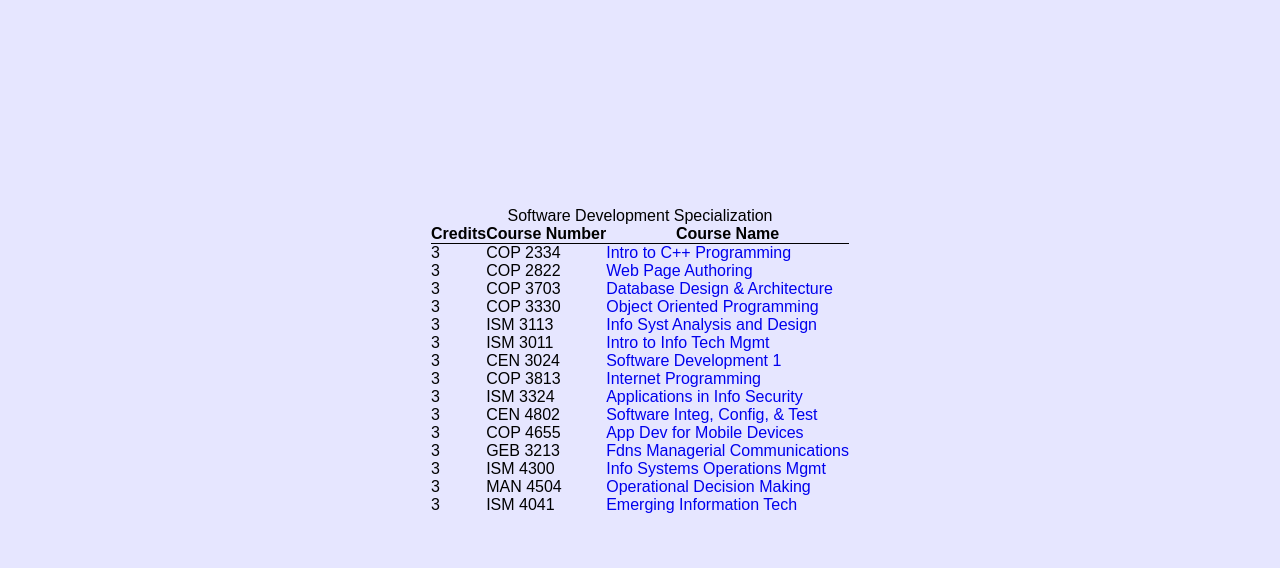
Repository: mlmEFSC21/P3-DegreeSpecializationTable
Page: index.html
The author's editor kept a copy of each file at every save. The page is drawn from the files as they stood at one save, then again after the next save.
The browser window is 1280 px wide. The pictures show the whole page.
Some web fonts or font styles are not loaded; a fallback is used.

Above is the page before, as saved 2022-02-01 21:03:50.

### index.html
<!DOCTYPE html>
<html lang="en">
    <head>
        <meta charset="UTF-8" />
        <meta http-equiv="X-UA-Compatible" content="IE=edge" />
        <meta name="viewport" content="width=device-width, initial-scale=1.0" />
        <link rel="stylesheet" href="tableStyles.css" />
        <title>Degree Specialization Table</title>
    </head>
    <body>
        <table>
            <caption class="tableTitle">
                Software Development Specialization
            </caption>
            <thead>
                <tr class="colTitles">
                    <th>Credits</th>
                    <th>Course Number</th>
                    <th>Course Name</th>
                </tr>
            </thead>
            <tr>
                <td>3</td>
                <td>COP 2334</td>
                <td>
                    <a
                        href="https://bannerweb.easternflorida.edu/prod/bwckctlg.p_disp_course_detail?cat_term_in=202210&subj_code_in=COP&crse_numb_in=1000"
                        >Intro to C++ Programming</a
                    >
                </td>
            </tr>
            <tr>
                <td>3</td>
                <td>COP 2822</td>
                <td>
                    <a
                        href="https://bannerweb.easternflorida.edu/prod/bwckctlg.p_disp_course_detail?cat_term_in=202210&subj_code_in=COP&crse_numb_in=2822"
                        >Web Page Authoring</a
                    >
                </td>
            </tr>
            <tr>
                <td>3</td>
                <td>COP 3703</td>
                <td>
                    <a
                        href="https://bannerweb.easternflorida.edu/prod/bwckctlg.p_disp_course_detail?cat_term_in=202210&subj_code_in=COP&crse_numb_in=3703"
                        >Database Design & Architecture</a
                    >
                </td>
            </tr>
            <tr>
                <td>3</td>
                <td>COP 3330</td>
                <td>
                    <a
                        href="https://bannerweb.easternflorida.edu/prod/bwckctlg.p_disp_course_detail?cat_term_in=202210&subj_code_in=COP&crse_numb_in=3330"
                        >Object Oriented Programming</a
                    >
                </td>
            </tr>
            <tr>
                <td>3</td>
                <td>ISM 3113</td>
                <td>
                    <a
                        href="https://bannerweb.easternflorida.edu/prod/bwckctlg.p_disp_course_detail?cat_term_in=202210&subj_code_in=ISM&crse_numb_in=3113"
                        >Info Syst Analysis and Design</a
                    >
                </td>
            </tr>
            <tr>
                <td>3</td>
                <td>ISM 3011</td>
                <td>
                    <a
                        href="https://bannerweb.easternflorida.edu/prod/bwckctlg.p_disp_course_detail?cat_term_in=202210&subj_code_in=ISM&crse_numb_in=3011"
                        >Intro to Info Tech Mgmt</a
                    >
                </td>
            </tr>
            <tr>
                <td>3</td>
                <td>CEN 3024</td>
                <td>
                    <a
                        href="https://bannerweb.easternflorida.edu/prod/bwckctlg.p_disp_course_detail?cat_term_in=202210&subj_code_in=CEN&crse_numb_in=3024"
                        >Software Development 1</a
                    >
                </td>
            </tr>
            <tr>
                <td>3</td>
                <td>COP 3813</td>
                <td>
                    <a
                        href="https://bannerweb.easternflorida.edu/prod/bwckctlg.p_disp_course_detail?cat_term_in=202210&subj_code_in=COP&crse_numb_in=3813"
                        >Internet Programming</a
                    >
                </td>
            </tr>
            <tr>
                <td>3</td>
                <td>ISM 3324</td>
                <td>
                    <a
                        href="https://bannerweb.easternflorida.edu/prod/bwckctlg.p_disp_course_detail?cat_term_in=202210&subj_code_in=ISM&crse_numb_in=3324"
                        >Applications in Info Security</a
                    >
                </td>
            </tr>
            <tr>
                <td>3</td>
                <td>CEN 4802</td>
                <td>
                    <a
                        href="https://bannerweb.easternflorida.edu/prod/bwckctlg.p_disp_course_detail?cat_term_in=202210&subj_code_in=CEN&crse_numb_in=4802"
                        >Software Integ, Config, & Test</a
                    >
                </td>
            </tr>
            <tr>
                <td>3</td>
                <td>COP 4655</td>
                <td>
                    <a
                        href="https://bannerweb.easternflorida.edu/prod/bwckctlg.p_disp_course_detail?cat_term_in=202210&subj_code_in=COP&crse_numb_in=4655"
                        >App Dev for Mobile Devices</a
                    >
                </td>
            </tr>
            <tr>
                <td>3</td>
                <td>GEB 3213</td>
                <td>
                    <a
                        href="https://bannerweb.easternflorida.edu/prod/bwckctlg.p_disp_course_detail?cat_term_in=202210&subj_code_in=GEB&crse_numb_in=3213"
                        >Fdns Managerial Communications</a
                    >
                </td>
            </tr>
            <tr>
                <td>3</td>
                <td>ISM 4300</td>
                <td>
                    <a
                        href="https://bannerweb.easternflorida.edu/prod/bwckctlg.p_disp_course_detail?cat_term_in=202210&subj_code_in=ISM&crse_numb_in=4300"
                        >Info Systems Operations Mgmt</a
                    >
                </td>
            </tr>
            <tr>
                <td>3</td>
                <td>MAN 4504</td>
                <td>
                    <a
                        href="https://bannerweb.easternflorida.edu/prod/bwckctlg.p_disp_course_detail?cat_term_in=202210&subj_code_in=MAN&crse_numb_in=4504"
                        >Operational Decision Making</a
                    >
                </td>
            </tr>
            <tr>
                <td>3</td>
                <td>ISM 4041</td>
                <td>
                    <a
                        href="https://bannerweb.easternflorida.edu/prod/bwckctlg.p_disp_course_detail?cat_term_in=202210&subj_code_in=ISM&crse_numb_in=4041"
                        >Emerging Information Tech</a
                    >
                </td>
            </tr>
        </table>
    </body>
</html>

### tableStyles.css
@import url("https://fonts.googleapis.com/css2?family=Spectral:wght@400&display=swap");

:root {
    --clr-prime: #003c5e;
    --clr-second: #1a2028;
    --clr-accent: #8fb500;
    --clr-font-prime: #5b8ead;
    --clr-font-second: black;
    --clr-background: #e6e6ff;
}
*,
*::before,
*::after {
    margin: 0;
    padding: 0;
    box-sizing: border-box;
}
body {
    font-family: Spectral, sans-serif;
    height: 100vh;
    display: grid;
    align-items: center;
    justify-content: center;
    background-color: var(--clr-background);
}
table {
    border-collapse: collapse;
    box-shadow: 0 50px 10px rgba(0 0 0 1);
    /* border: 2px solid black; */
    padding: 0.25rem;
}
.colTitles {
    border-bottom: 1px solid black;
}
a {
    text-decoration: none;
}

After the next save:
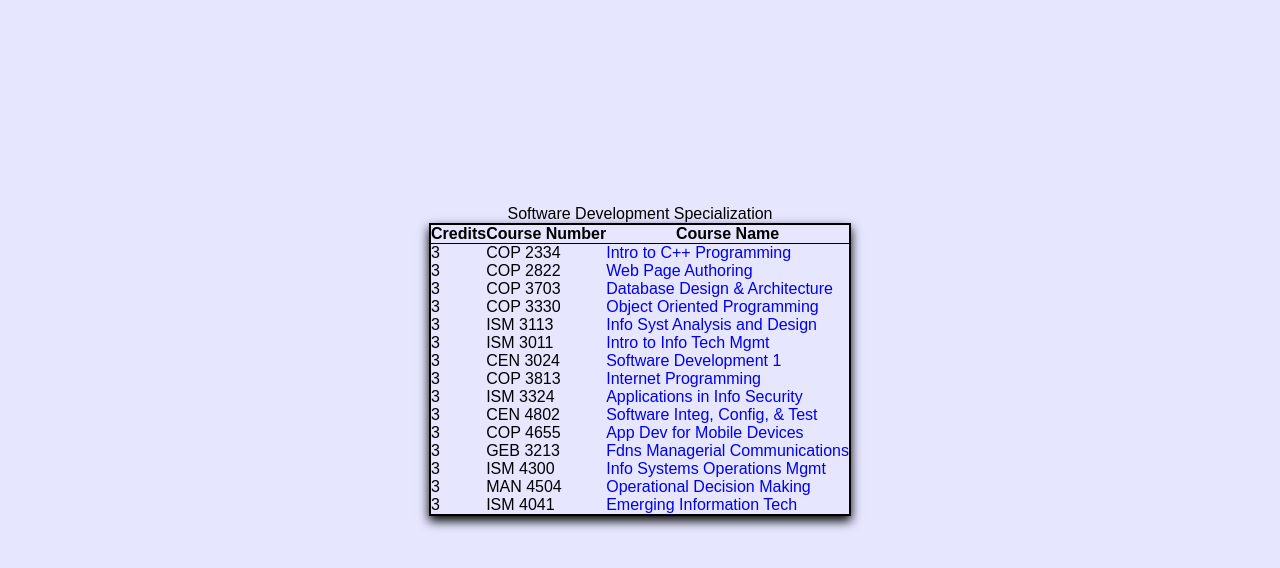
Saved 15 s later.
--- a/tableStyles.css
+++ b/tableStyles.css
@@ -25,8 +25,8 @@ body {
 }
 table {
     border-collapse: collapse;
-    box-shadow: 0 50px 10px rgba(0 0 0 1);
-    /* border: 2px solid black; */
+    box-shadow: 0 5px 10px rgba(0, 0, 0, 1);
+    border: 2px solid black;
     padding: 0.25rem;
 }
 .colTitles {
